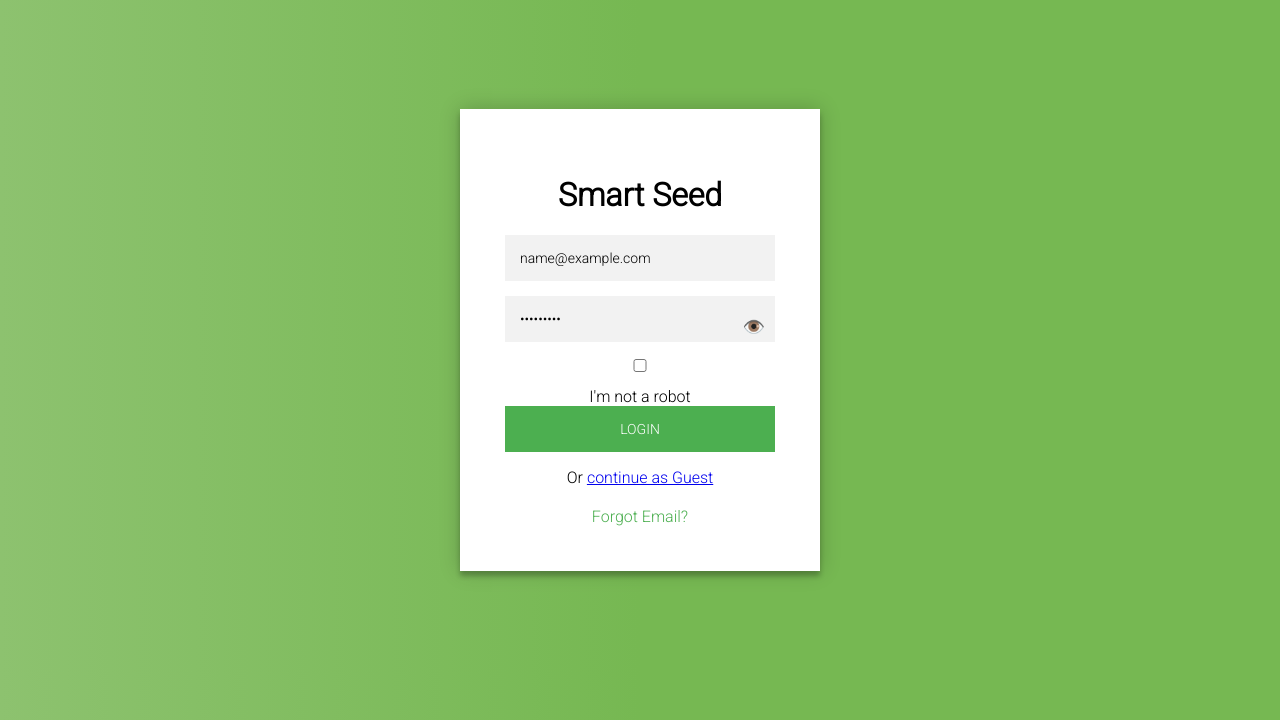
Repository: IFoundGeorge/Smart-Seed-v8-master
Page: src/login.html
The author's editor kept a copy of each file at every save. The page is drawn from the files as they stood at one save, then again after the next save.
The browser window is 1280 px wide. The pictures show the whole page.
Empty fields were first filled with sample values (such as "Sample", 5 or name@example.com).
After loading, the first visible `form.login-form` was submitted once.

Above is the page before, as saved 2025-04-02 16:27:18.

After the next save:
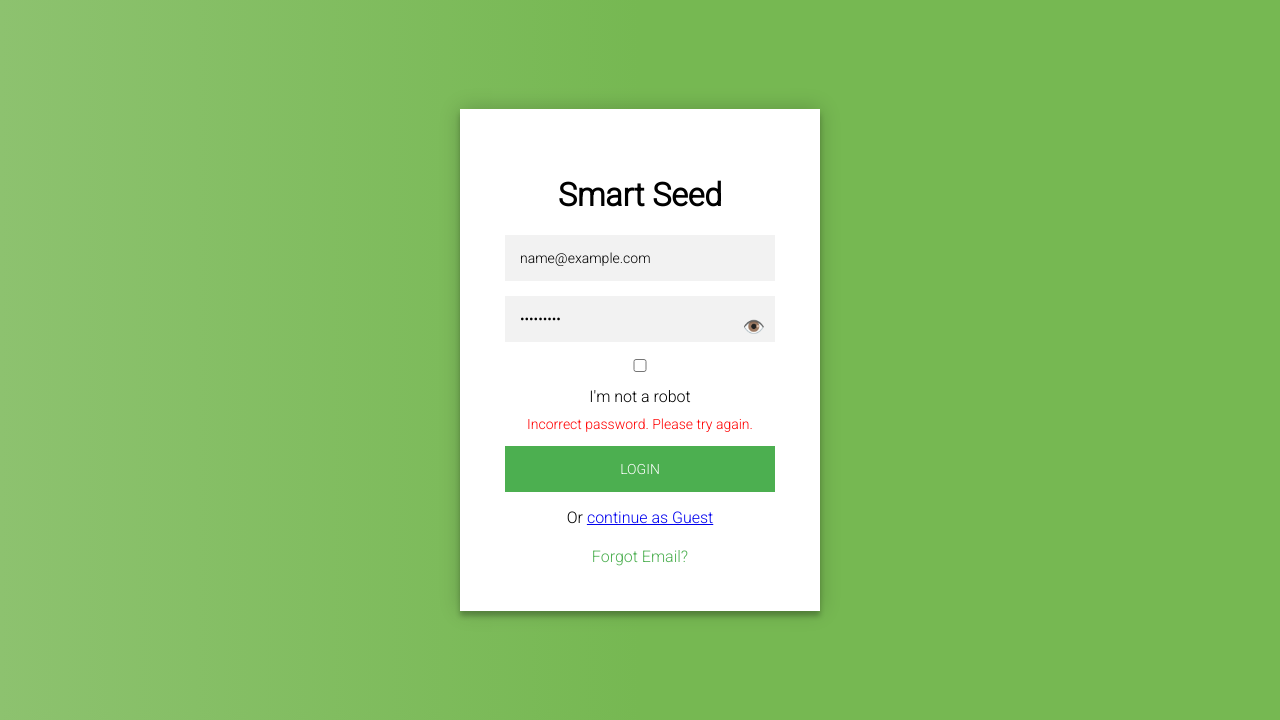
Saved 2 min 44 s later.
--- a/src/login.html
+++ b/src/login.html
@@ -96,6 +96,14 @@
       .close:focus {
         color: black;
         text-decoration: none;
+      }
+
+      /* Error message styling */
+      .error-message {
+        color: red;
+        font-size: 14px;
+        margin-top: 10px;
+        display: none; /* Hidden by default */
       }
     </style>
   </head>
@@ -127,6 +135,11 @@
             <label for="captcha-checkbox">I'm not a robot</label>
           </div>
 
+          <!-- Error message for incorrect password -->
+          <p id="error-message" class="error-message">
+            Incorrect password. Please try again.
+          </p>
+
           <button type="submit" id="login-button" disabled>Login</button>
         </form>
 
@@ -196,83 +209,40 @@
         modal.style.display = "none"; // Hide the modal
       }
 
+      function showErrorMessage() {
+        const errorMessage = document.getElementById("error-message");
+        errorMessage.style.display = "block";
+      }
+
+      function hideErrorMessage() {
+        const errorMessage = document.getElementById("error-message");
+        errorMessage.style.display = "none";
+      }
+
+      function loginUser(event) {
+        event.preventDefault();
+
+        const email = document.getElementById("login-email").value;
+        const password = document.getElementById("login-password").value;
+
+        // Dummy password check (you can replace this with a real authentication system)
+        const correctPassword = "password123"; // Example correct password
+
+        if (password === correctPassword) {
+          hideErrorMessage();
+          // Proceed with login (e.g., redirect to the dashboard)
+          alert("Login successful!");
+        } else {
+          showErrorMessage();
+        }
+      }
+
       window.onclick = function (event) {
         const modal = document.getElementById("contact-modal");
         if (event.target === modal) {
           modal.style.display = "none";
         }
       };
-
-      // Password validation function
-      function validatePassword(password) {
-        const errors = [];
-
-        // Check if password is at least 8 characters long
-        if (password.length < 8) {
-          errors.push("Password must be at least 8 characters long.");
-        }
-        // Check if password contains at least 1 uppercase letter
-        if (!/[A-Z]/.test(password)) {
-          errors.push("Password must contain at least 1 uppercase letter.");
-        }
-        // Check if password contains at least 1 number
-        if (!/\d/.test(password)) {
-          errors.push("Password must contain at least 1 number.");
-        }
-        // Check if password contains at least 1 special character
-        if (!/[@$!%*?&]/.test(password)) {
-          errors.push("Password must contain at least 1 special character.");
-        }
-
-        return errors;
-      }
-
-      function enableLoginButton() {
-        const password = document.getElementById("login-password").value;
-        const captchaChecked =
-          document.getElementById("captcha-checkbox").checked;
-        const loginButton = document.getElementById("login-button");
-
-        // Enable login button if password is valid and CAPTCHA is checked
-        if (validatePassword(password).length === 0 && captchaChecked) {
-          loginButton.disabled = false;
-        } else {
-          loginButton.disabled = true;
-        }
-      }
-
-      function loginUser(event) {
-        event.preventDefault();
-
-        const email = document.getElementById("login-email").value;
-        const password = document.getElementById("login-password").value;
-
-        // Validate the password
-        const passwordErrors = validatePassword(password);
-
-        // If there are any password errors, show them and stop the form submission
-        if (passwordErrors.length > 0) {
-          alert(passwordErrors.join("\n"));
-          return;
-        }
-
-        // Simulate login process with hardcoded email and hashed password
-        const hardcodedEmail = "admin@email.com";
-        const hardcodedPasswordHash =
-          "047658c84a2952ac862f1001773d02363834267f"; // Example SHA-1 hash
-        const hashedPassword = sha1(password);
-
-        // Check if the entered email and password match the hardcoded ones
-        if (
-          email === hardcodedEmail &&
-          hashedPassword === hardcodedPasswordHash
-        ) {
-          alert("Login successful!");
-          window.location.href = "index.html";
-        } else {
-          alert("Invalid email or password.");
-        }
-      }
     </script>
   </body>
 </html>

After the save that followed:
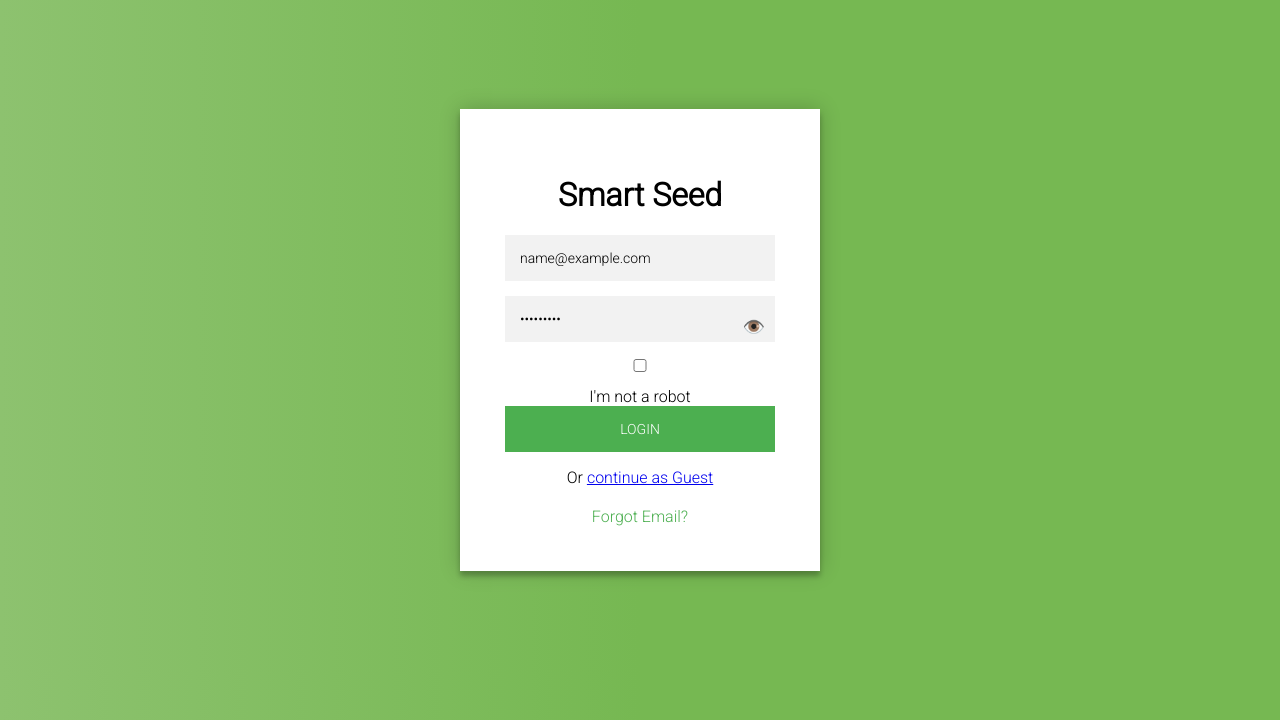
Saved 94 s later.
--- a/src/login.html
+++ b/src/login.html
@@ -96,14 +96,6 @@
       .close:focus {
         color: black;
         text-decoration: none;
-      }
-
-      /* Error message styling */
-      .error-message {
-        color: red;
-        font-size: 14px;
-        margin-top: 10px;
-        display: none; /* Hidden by default */
       }
     </style>
   </head>
@@ -135,11 +127,6 @@
             <label for="captcha-checkbox">I'm not a robot</label>
           </div>
 
-          <!-- Error message for incorrect password -->
-          <p id="error-message" class="error-message">
-            Incorrect password. Please try again.
-          </p>
-
           <button type="submit" id="login-button" disabled>Login</button>
         </form>
 
@@ -209,34 +196,6 @@
         modal.style.display = "none"; // Hide the modal
       }
 
-      function showErrorMessage() {
-        const errorMessage = document.getElementById("error-message");
-        errorMessage.style.display = "block";
-      }
-
-      function hideErrorMessage() {
-        const errorMessage = document.getElementById("error-message");
-        errorMessage.style.display = "none";
-      }
-
-      function loginUser(event) {
-        event.preventDefault();
-
-        const email = document.getElementById("login-email").value;
-        const password = document.getElementById("login-password").value;
-
-        // Dummy password check (you can replace this with a real authentication system)
-        const correctPassword = "password123"; // Example correct password
-
-        if (password === correctPassword) {
-          hideErrorMessage();
-          // Proceed with login (e.g., redirect to the dashboard)
-          alert("Login successful!");
-        } else {
-          showErrorMessage();
-        }
-      }
-
       window.onclick = function (event) {
         const modal = document.getElementById("contact-modal");
         if (event.target === modal) {
